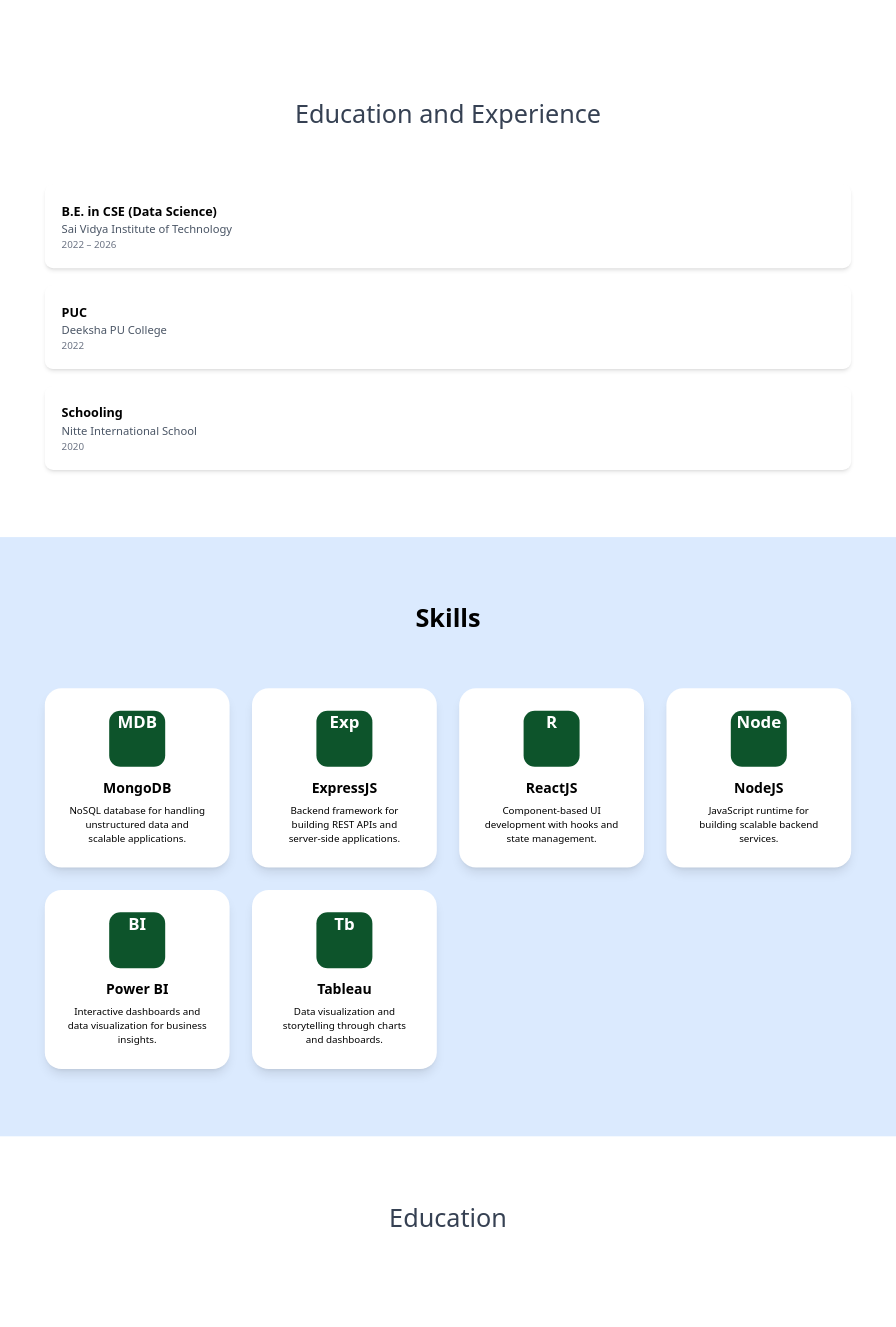
Repository: Rhaashee/myProfile
Page: index.html
An editor plug-in stored every save of this project. The page is shown before and after the next save, followed by the edit.
The browser window is 1280 px wide. The pictures show the part of the page from y = 1945 to 3865 px (the page is 3841 px tall before and 3865 px after), at 70% of full size.

Above is the page before, as saved 2026-04-29 16:30:36.
Console error: SyntaxError: Identifier 'projectsData' has already been declared

After the next save:
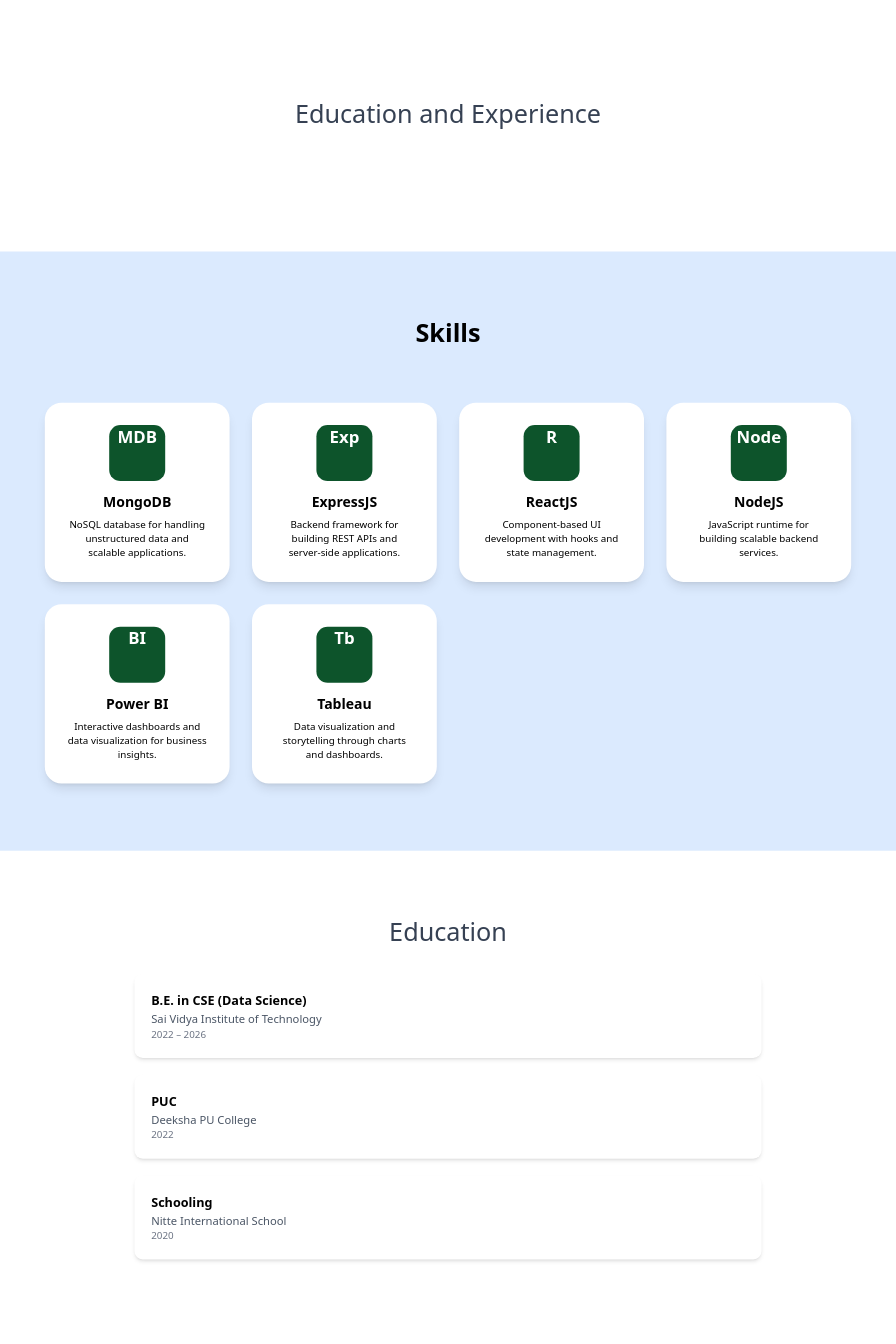
Saved 14 s later.
--- a/js/features/education-render.js
+++ b/js/features/education-render.js
@@ -1,36 +1,33 @@
 function renderEducation() {
-    const container = document.getElementById("experience");
+  const container = document.getElementById("education-container");
 
-    if (!container) return;
+  if (!container) return;
 
-    const wrapper = document.createElement("div");
-    wrapper.className = "space-y-6";
+  container.innerHTML = "";
 
-    educationData.forEach((edu) => {
+  educationData.forEach((edu) => {
 
-        const card = document.createElement("div");
-        card.className =
-            "bg-white dark:bg-blue-50 p-6 rounded-xl shadow-md hover:shadow-lg transition";
+    const card = document.createElement("div");
+    card.className =
+      "bg-white dark:bg-blue-50 p-6 mb-6 rounded-xl shadow-md hover:shadow-lg transition";
 
-        const title = document.createElement("h3");
-        title.className = "text-lg font-bold";
-        title.textContent = edu.title;
+    const title = document.createElement("h3");
+    title.className = "text-lg font-bold";
+    title.textContent = edu.title;
 
-        const inst = document.createElement("p");
-        inst.className = "text-gray-600";
-        inst.textContent = edu.institution;
+    const inst = document.createElement("p");
+    inst.className = "text-gray-600";
+    inst.textContent = edu.institution;
 
-        const score = document.createElement("p");
-        score.className = "text-green-600 text-sm";
-        score.textContent = edu.score;
+    const score = document.createElement("p");
+    score.className = "text-green-600 text-sm";
+    score.textContent = edu.score;
 
-        const duration = document.createElement("p");
-        duration.className = "text-sm text-gray-500";
-        duration.textContent = edu.duration;
+    const duration = document.createElement("p");
+    duration.className = "text-sm text-gray-500";
+    duration.textContent = edu.duration;
 
-        card.append(title, inst, score, duration);
-        wrapper.appendChild(card);
-    });
-
-    container.appendChild(wrapper);
+    card.append(title, inst, score, duration);
+    container.appendChild(card);
+  });
 }
